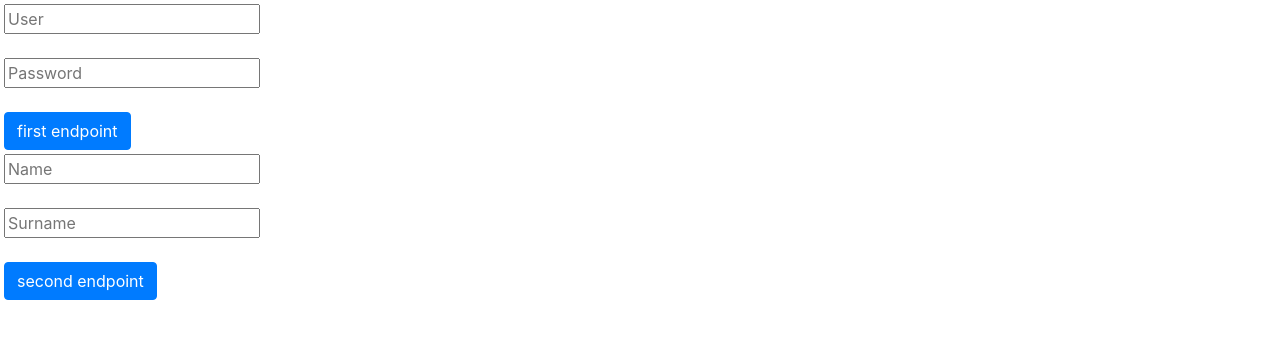
Repository: gfleitas/HTTPmethods
Page: index.html
The author's editor kept a copy of each file at every save. The page is drawn from the files as they stood at one save, then again after a run of saves.
The browser window is 1280 px wide. The pictures show the whole page.

Above is the page before, as saved 2019-08-26 11:58:30.

After the next 2 saves:
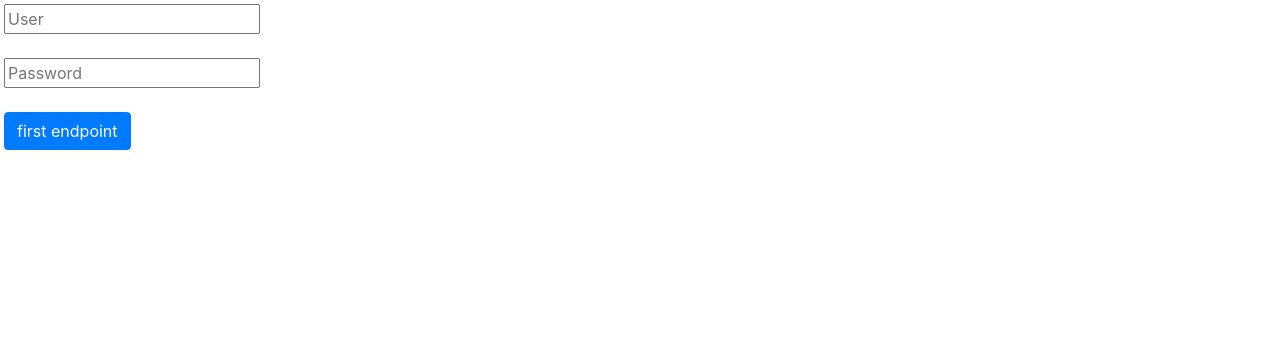
The 2 saves are shown as one change because they came seconds apart.
The last was saved 15 s later.
--- a/index.html
+++ b/index.html
@@ -9,8 +9,6 @@
     <link rel="stylesheet" href="https://stackpath.bootstrapcdn.com/bootstrap/4.3.1/css/bootstrap.min.css" integrity="sha384-ggOyR0iXCbMQv3Xipma34MD+dH/1fQ784/j6cY/iJTQUOhcWr7x9JvoRxT2MZw1T" crossorigin="anonymous">
 </head>
 <body>
-<div id="cualquiera">
-    </div>
 
     <form id="form">
         <input class="mt-1 ml-1" type="text" name="user" id="user" placeholder="User">
@@ -22,16 +20,6 @@
         <button type="submit" class="btn btn-primary ml-1">first endpoint</button>
     </form>
 
-    <div id="form2">
-        <input class="mt-1 ml-1" type="text" name="name" id="name" placeholder="Name">
-        <br>
-        <br>
-        <input class="ml-1" type="text" name="surname" id="surname" placeholder="Surname">
-        <br>
-        <br>
-        <button type="submit" class="btn btn-primary ml-1">second endpoint</button>
-    </div>
-
     <script src="js/app.js"></script>
 
     <script src="https://code.jquery.com/jquery-3.3.1.slim.min.js" integrity="sha384-q8i/X+965DzO0rT7abK41JStQIAqVgRVzpbzo5smXKp4YfRvH+8abtTE1Pi6jizo" crossorigin="anonymous"></script>
